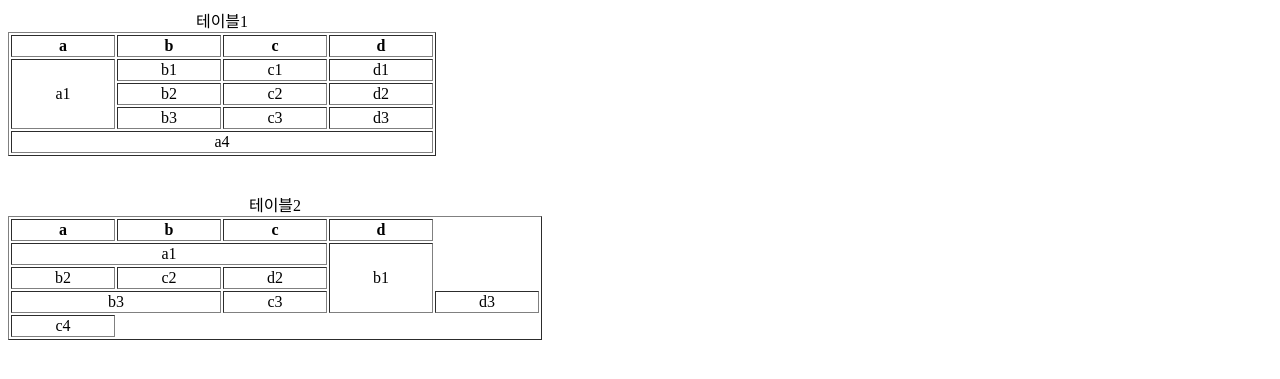
Repository: roditee/Frontend_ex
Page: HTML01/src/main/webapp/table.html
These files come from the project's save history. The page is drawn as it stood at one moment and after the next save; the edit follows.
The browser window is 1280 px wide. The pictures show the whole page.

Above is the page before, as saved 2021-12-02 05:19:51.

### HTML01/src/main/webapp/table.html
<!DOCTYPE html>
<html>
	<head>
		<meta charset="UTF-8">
		<title>테이블 태그</title>
		<style>
			td {width : 100px;}
		</style>
	</head>
	<body>
		<table border="1">
			<caption>테이블1</caption>
			<thead align="center">
			<tr><th>a</th><th>b</th><th>c</th><th>d</th></tr>
			<tr><td rowspan="3">a1</td><td>b1</td><td>c1</td><td>d1</td></tr>
			<tr><td>b2</td><td>c2</td><td>d2</td></tr>
			<tr><td>b3</td><td>c3</td><td>d3</td></tr>
			<tr><td colspan="4">a4</td></tr>
		</table>

		<br><br>
		<table border="1">
			<caption>테이블2</caption>
			<thead align="center">
			<tr><th>a</th><th>b</th><th>c</th><th>d</th></tr>
			<tr><td colspan="3">a1</td><td rowspan="3">b1</td></tr>
			<tr><td>b2</td><td>c2</td><td>d2</td></tr>
			<tr><td colspan="2">b3</td><td>c3</td><td colspan="2">d3</td></tr>
			<tr><td>c4</td></tr>
		</table>
	</body>
</html>

After the next save:
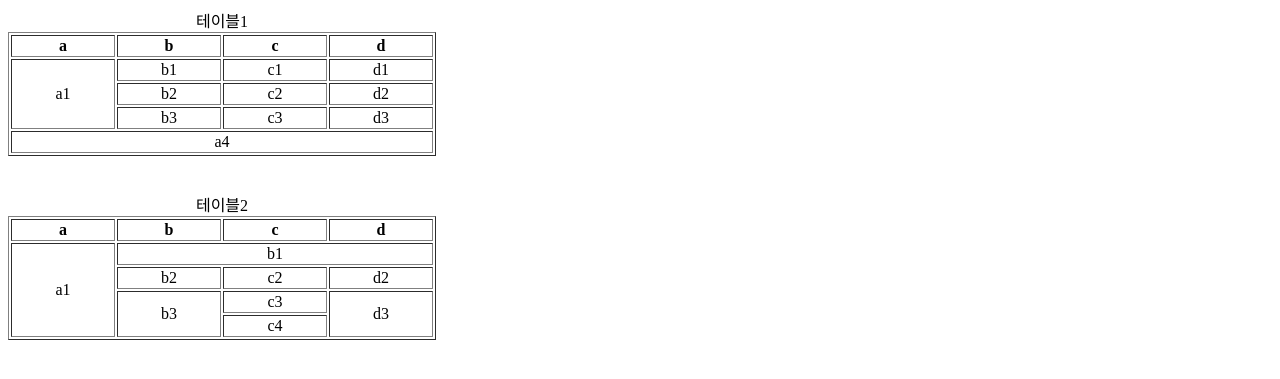
Saved 45 s later.
--- a/HTML01/src/main/webapp/table.html
+++ b/HTML01/src/main/webapp/table.html
@@ -23,9 +23,9 @@
 			<caption>테이블2</caption>
 			<thead align="center">
 			<tr><th>a</th><th>b</th><th>c</th><th>d</th></tr>
-			<tr><td colspan="3">a1</td><td rowspan="3">b1</td></tr>
+			<tr><td rowspan="4">a1</td><td colspan="3">b1</td></tr>
 			<tr><td>b2</td><td>c2</td><td>d2</td></tr>
-			<tr><td colspan="2">b3</td><td>c3</td><td colspan="2">d3</td></tr>
+			<tr><td rowspan="2">b3</td><td>c3</td><td rowspan="2">d3</td></tr>
 			<tr><td>c4</td></tr>
 		</table>
 	</body>
